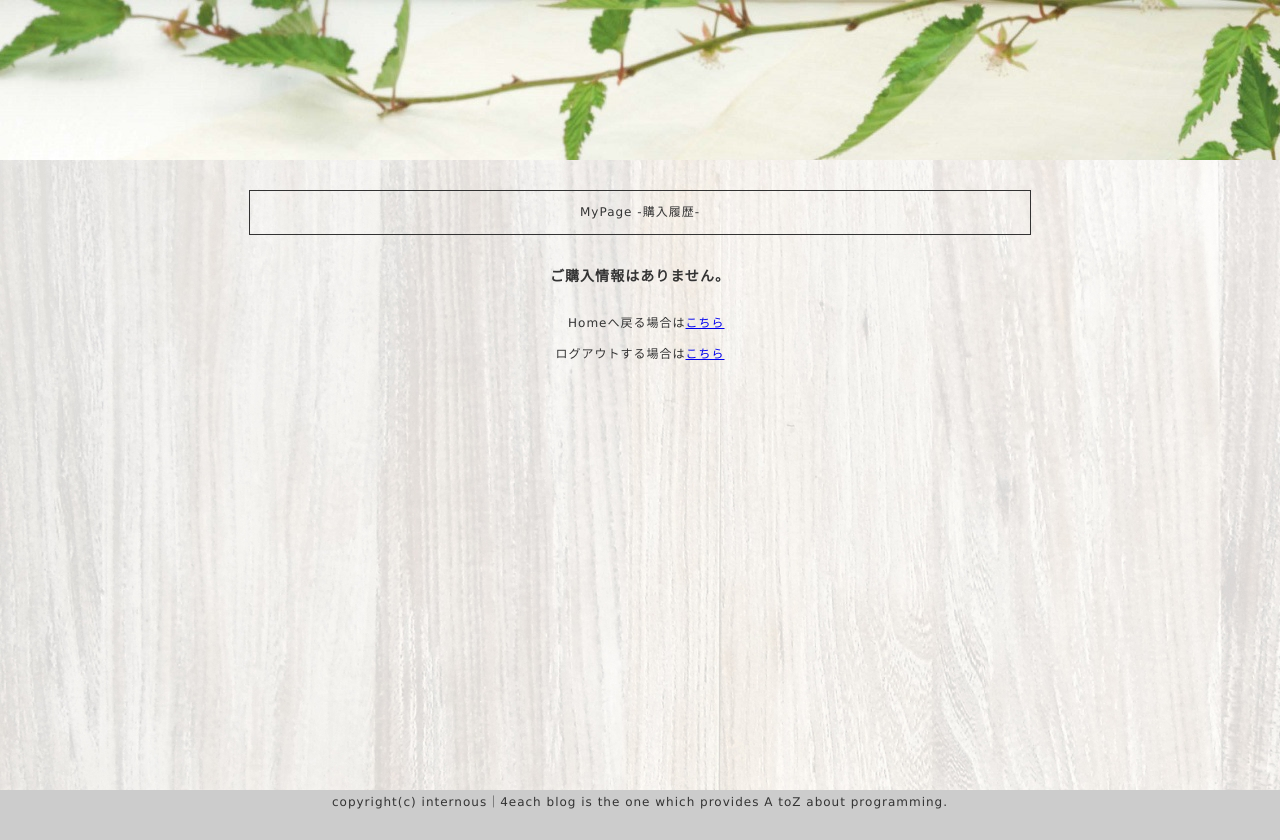
Repository: hiranatsu/ECtest
Page: http://localhost/myecsite01/myPage.jsp
The author's editor kept a copy of each file at every save. The page is drawn from the files as they stood at one save, then again after the next save.
The browser window is 1280 px wide. The pictures show the whole page.
The page is served by Tomcat 9. Other server files are loaded and not shown.

Above is the page before, as saved 2018-09-20 05:29:53.

### myecsite01/WebContent/myPage.jsp
<%@ page language="java" contentType="text/html; charset=UTF-8"
    pageEncoding="UTF-8"%>
<%@ taglib prefix="s" uri="/struts-tags" %>
<!DOCTYPE html>
<html>
<head>

	<meta http-equiv="Content-Type" content="text/html; charset=UTF-8"/>
	<meta http-equiv="Content-Style-Type" content="text/css"/>
	<meta http-equiv="Content-Script-Type" content="text/javascript"/>
	<meta http-equiv="itemtoolbar" content="no"/>
	<meta name="description" content=""/>
	<meta name="keywords" content=""/>
	<title>MyPage画面</title>

	<style type="text/css">
	body{
	margin:0;
	padding:0;
	line-height:1.6;
	letter-spacing:1px;
	font-family:Verdana,Helvetica,sans-serif;
	font-size:12px;
	color:#333;
	background-image:url("haikei1.jpg");
	}

	table{
	text-align:center;
	margin: 0 auto;
	}

	#top{
	width:780px;
	margin:30px auto;
	border:1px solid #333;
	}

	#header{
	height:100px;
	padding:30px;
	background-image:url("ocha.jpg");
	background size:cover;
	text-align:center;
	}

	#main{
	width:100%;
	height:600px;
	text-align:center;
	}

	#footer{
	width:100%;
	height:50px;
	background-color:#CCCCCC;
	text-align:center;
	line-height:25px;
	clear:both;
	}

	#text-right{
	display:inline-block;
	text-align:right;
	}

	</style>

</head>
<body>
	<div id="header">
		<div id="pr"></div>
	</div>
	<div id="main">
		<div id="top">
			<p>MyPage -購入履歴-</p>
		</div>
		<div>
		<s:if test="mpList == null">
			<h3>ご購入情報はありません。</h3>
		</s:if>
		<s:elseif test="message == null">
			<h3>ご購入情報は以下になります。</h3>
			<table border="1">
			<tr>
				<th>商品名</th>
				<th>単価</th>
				<th>購入個数</th>
				<th>合計金額</th>
				<th>支払い方法</th>
				<th>購入日</th>
			</tr>
			<s:iterator value="mpList">
				<tr>
					<td><s:property value="itemName"/></td>
					<td><s:property value="unitPrice"/><span>円</span></td>
					<td><s:property value="totalCount"/><span>個</span></td>
					<td><s:property value="totalPrice"/><span>円</span></td>
					<td><s:property value="payment"/></td>
					<td><s:property value="insert_date"/></td>
				</tr>
			</s:iterator>
			</table>
			<s:form action="MyPageAction">
				<input type="hidden" name="deleteFlg" value="1">
				<s:submit value="削除" method="delete"/>
			</s:form>
		</s:elseif>
		<s:if test="message != null">
			<h3><s:property value="message"/></h3>
		</s:if>
		<div id="text-right">
			<p>Homeへ戻る場合は<a href='<s:url action="GoHomeAction"/>'>こちら</a></p>
			<p>ログアウトする場合は<a href='<s:url action="LogoutAction"/>'>こちら</a></p>
		</div>
		</div>
	</div>
	<div id="footer">
		<div id="pr"> copyright(c) internous｜4each blog is the one which provides A toZ about programming. </div>
	</div>

</body>
</html>

After the next save:
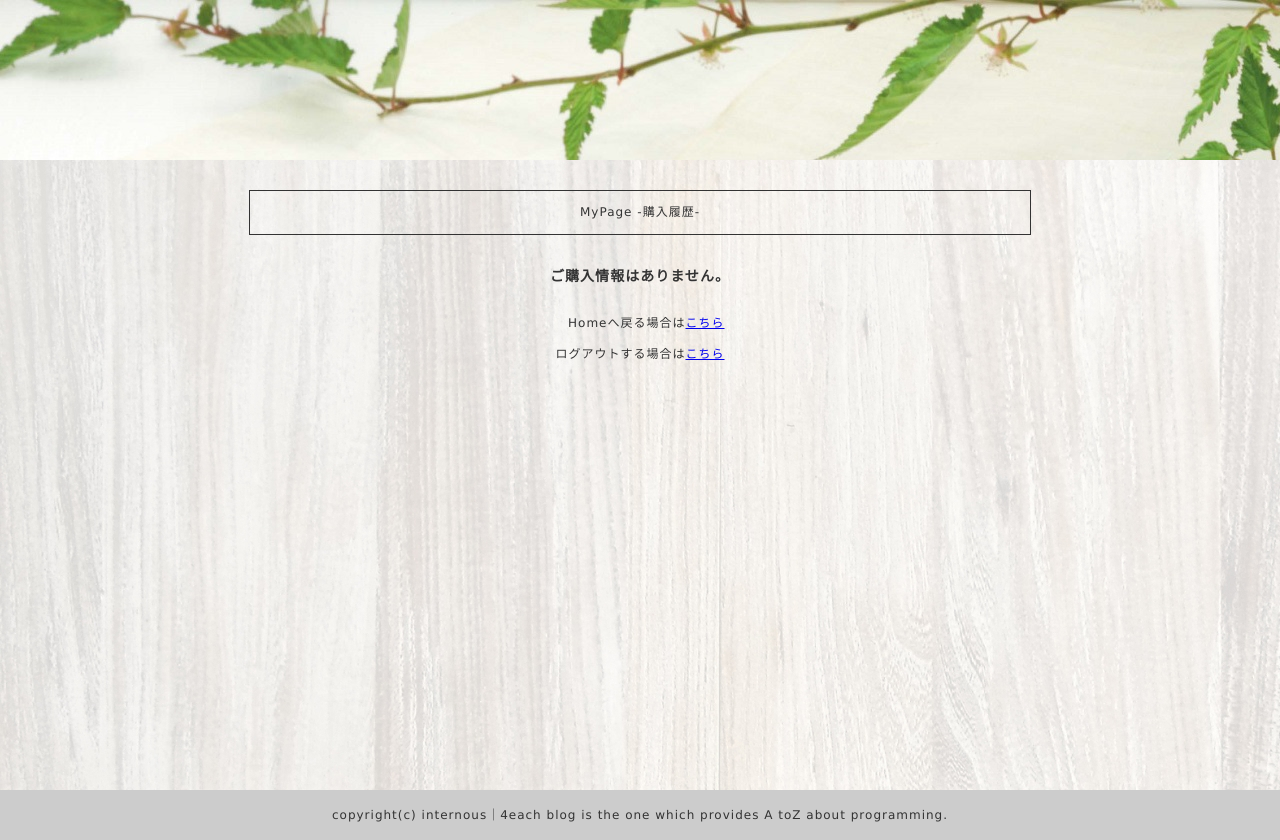
Saved 28 s later.
--- a/myecsite01/WebContent/myPage.jsp
+++ b/myecsite01/WebContent/myPage.jsp
@@ -55,7 +55,7 @@
 	height:50px;
 	background-color:#CCCCCC;
 	text-align:center;
-	line-height:25px;
+	line-height:50px;
 	clear:both;
 	}
 
